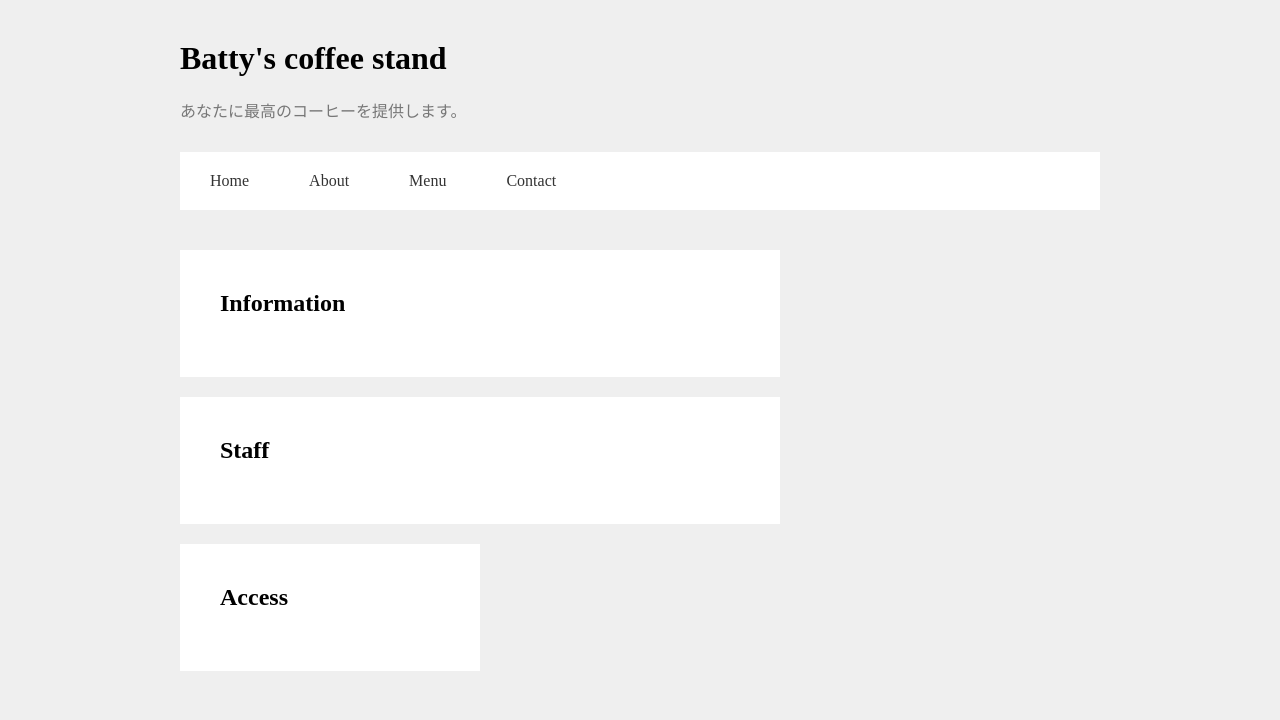
Repository: KawashimaRyuma/mynews
Page: html/batty_coffee_stand/index.html
The author's editor kept a record of every edit. The page is drawn from the files as they stood at one moment, then again after the next edit.
The browser window is 1280 px wide. The pictures show the whole page.

Above is the page before.

After the next edit:
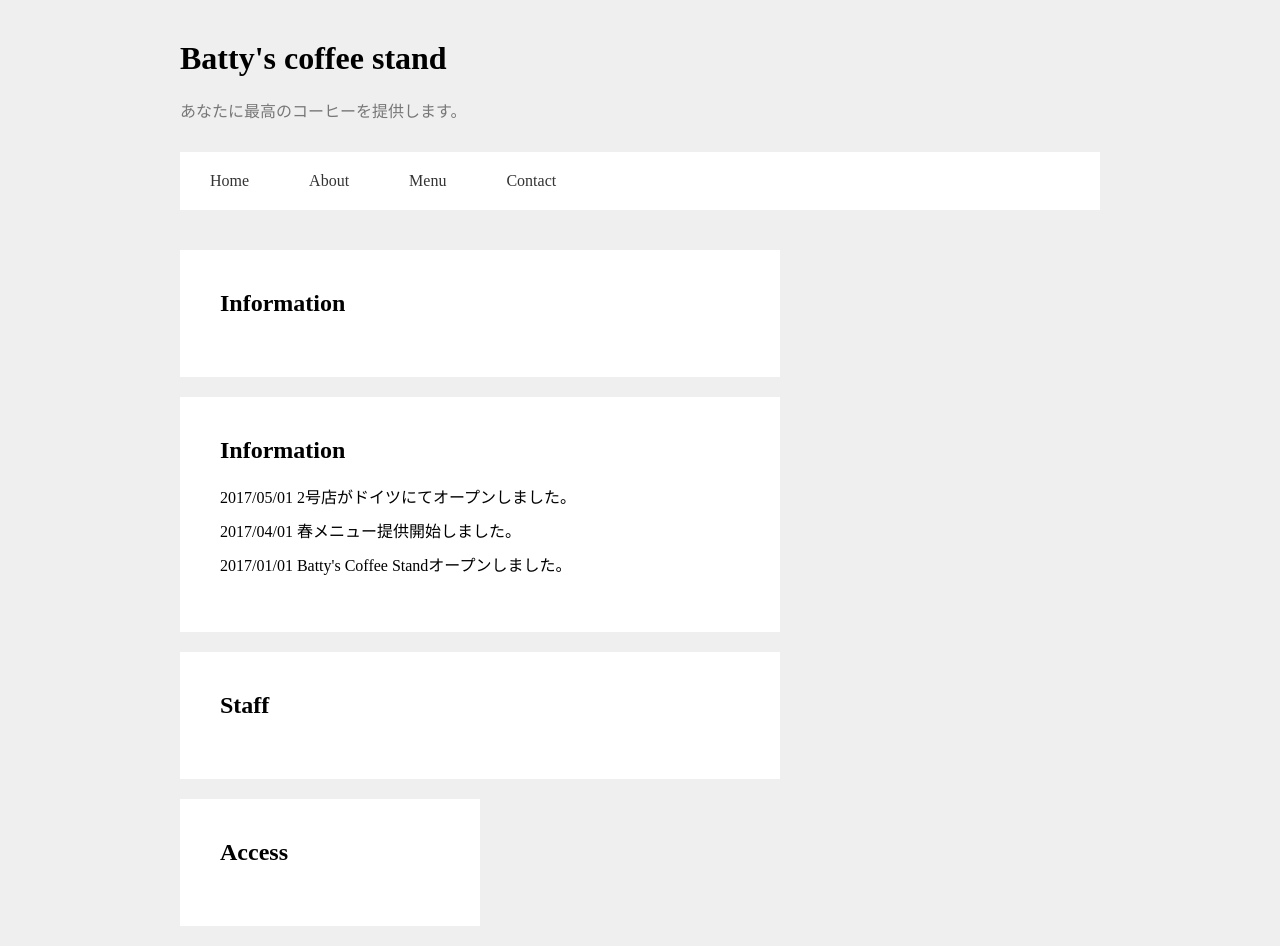
The edit:
--- a/html/batty_coffee_stand/index.html
+++ b/html/batty_coffee_stand/index.html
@@ -29,6 +29,14 @@
       <h2 class="text-title">Information</h2>
     </div>
     <div class="card-contents">
+  <h2 class="text-title">Information</h2>
+  <ul class="information-list">
+    <li>2017/05/01 2号店がドイツにてオープンしました。</li>
+    <li>2017/04/01 春メニュー提供開始しました。</li>
+    <li>2017/01/01 Batty's Coffee Standオープンしました。</li>
+  </ul>
+</div>
+    <div class="card-contents">
       <h2 class="text-title">Staff</h2>
     </div>
     <div class="right-contents">
